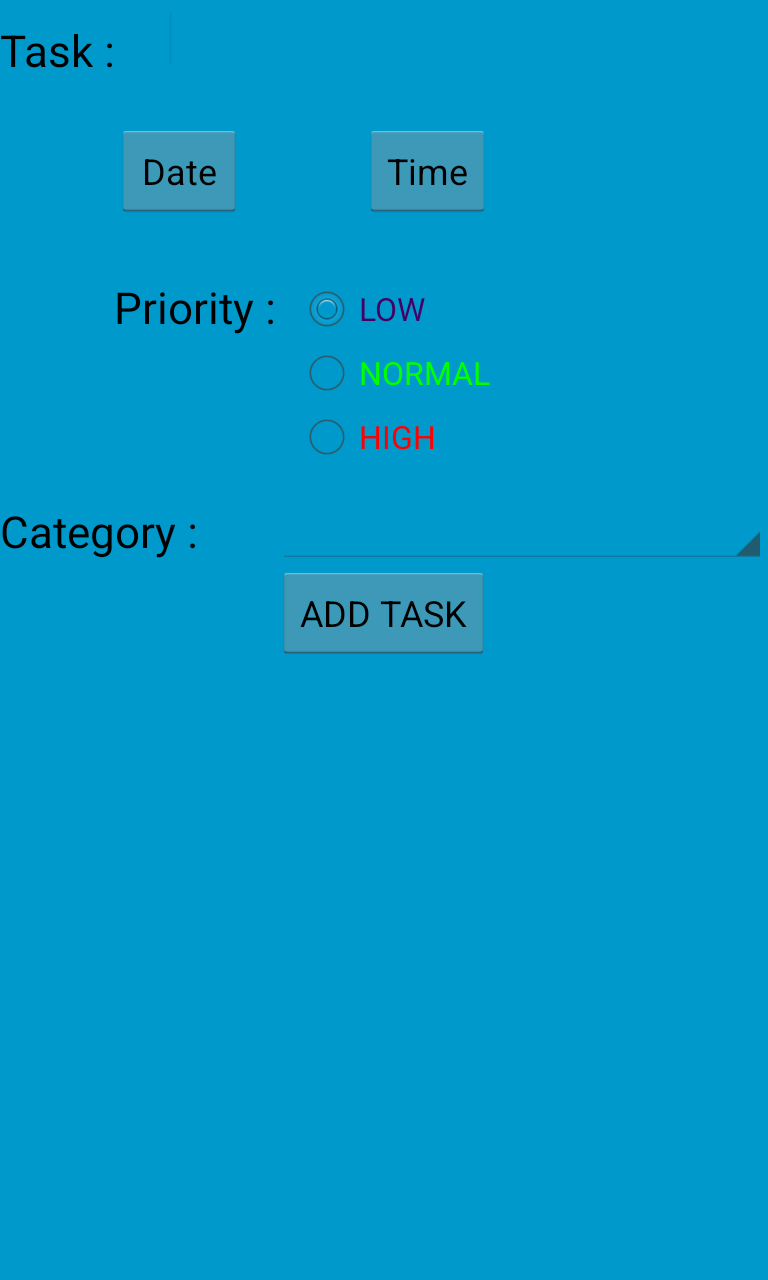
Repository: satyadarls/ToDo
Layout: ToDo/res/layout/customdialog_layout.xml
These files come from the project's save history. The layout is drawn as it stood at one moment and after the next save; the edit follows.
It is drawn on a 768 x 1280 px phone screen (xhdpi) without system bars, with theme AppTheme; the app's code is not run.

Above is the layout before, as saved 2014-07-08 10:01:39.

After the next save:
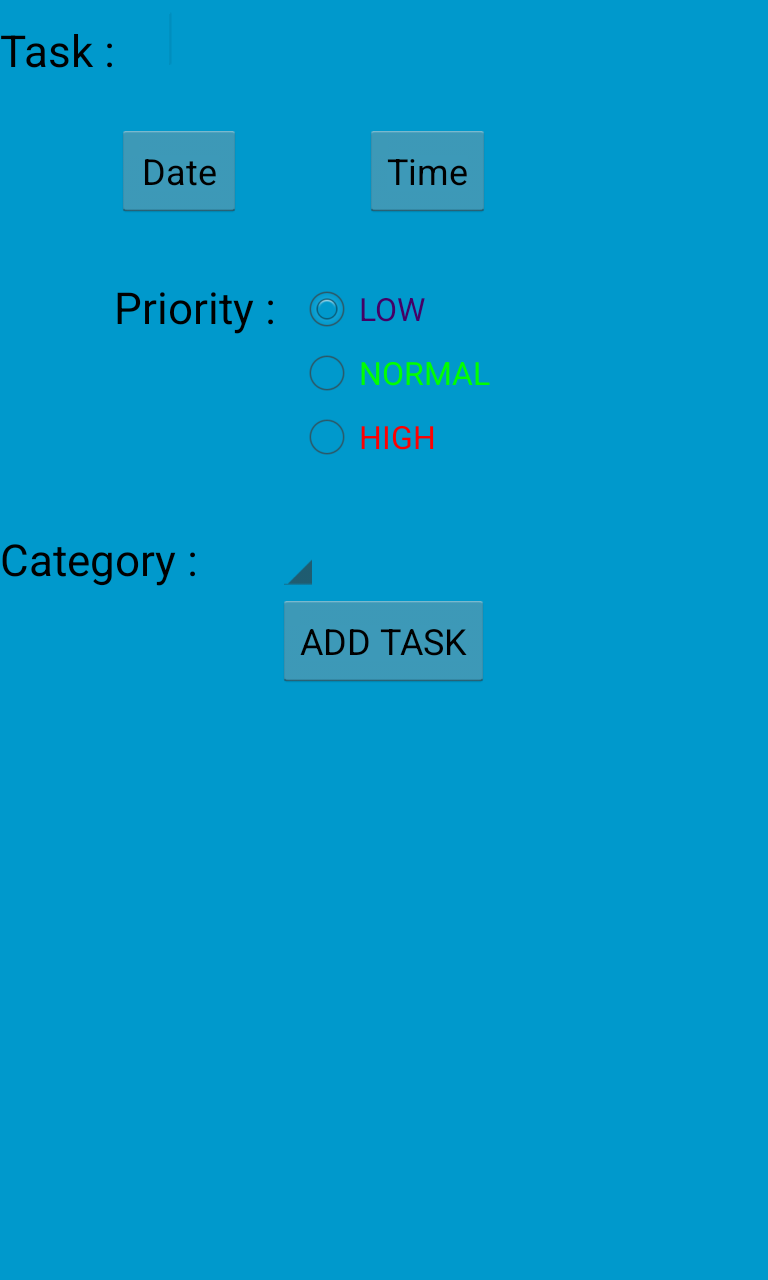
Saved 110 s later.
--- a/ToDo/res/layout/customdialog_layout.xml
+++ b/ToDo/res/layout/customdialog_layout.xml
@@ -85,6 +85,23 @@
         android:text="Priority :"
         android:textAppearance="?android:attr/textAppearanceLarge" />
 
+    <TextView
+        android1:id="@+id/textView3"
+        android1:layout_width="wrap_content"
+        android1:layout_height="wrap_content"
+        android1:layout_alignParentLeft="true"
+        android1:layout_below="@+id/radioGroup1"
+        android1:layout_marginTop="30dp"
+        android1:text="Category :"
+        android1:textAppearance="?android:attr/textAppearanceLarge" />
+
+    <Spinner
+        android1:id="@+id/spinnercategory"
+        android1:layout_width="wrap_content"
+        android1:layout_height="wrap_content"
+        android1:layout_alignTop="@+id/textView3"
+        android1:layout_toRightOf="@+id/textView2" />
+
     <Button
         android1:id="@+id/dialogButton"
         android1:layout_width="wrap_content"
@@ -93,22 +110,4 @@
         android1:layout_centerHorizontal="true"
         android1:text="ADD TASK" />
 
-    <Spinner
-        android1:id="@+id/spinnercategory"
-        android1:layout_width="wrap_content"
-        android1:layout_height="wrap_content"
-        android1:layout_alignLeft="@+id/dialogButton"
-        android1:layout_alignParentRight="true"
-        android1:layout_below="@+id/radioGroup1"
-        android1:layout_marginTop="16dp" />
-
-    <TextView
-        android1:id="@+id/textView3"
-        android1:layout_width="wrap_content"
-        android1:layout_height="wrap_content"
-        android1:layout_alignParentLeft="true"
-        android1:layout_alignTop="@+id/spinnercategory"
-        android1:text="Category :"
-        android1:textAppearance="?android:attr/textAppearanceLarge" />
-
 </RelativeLayout>
